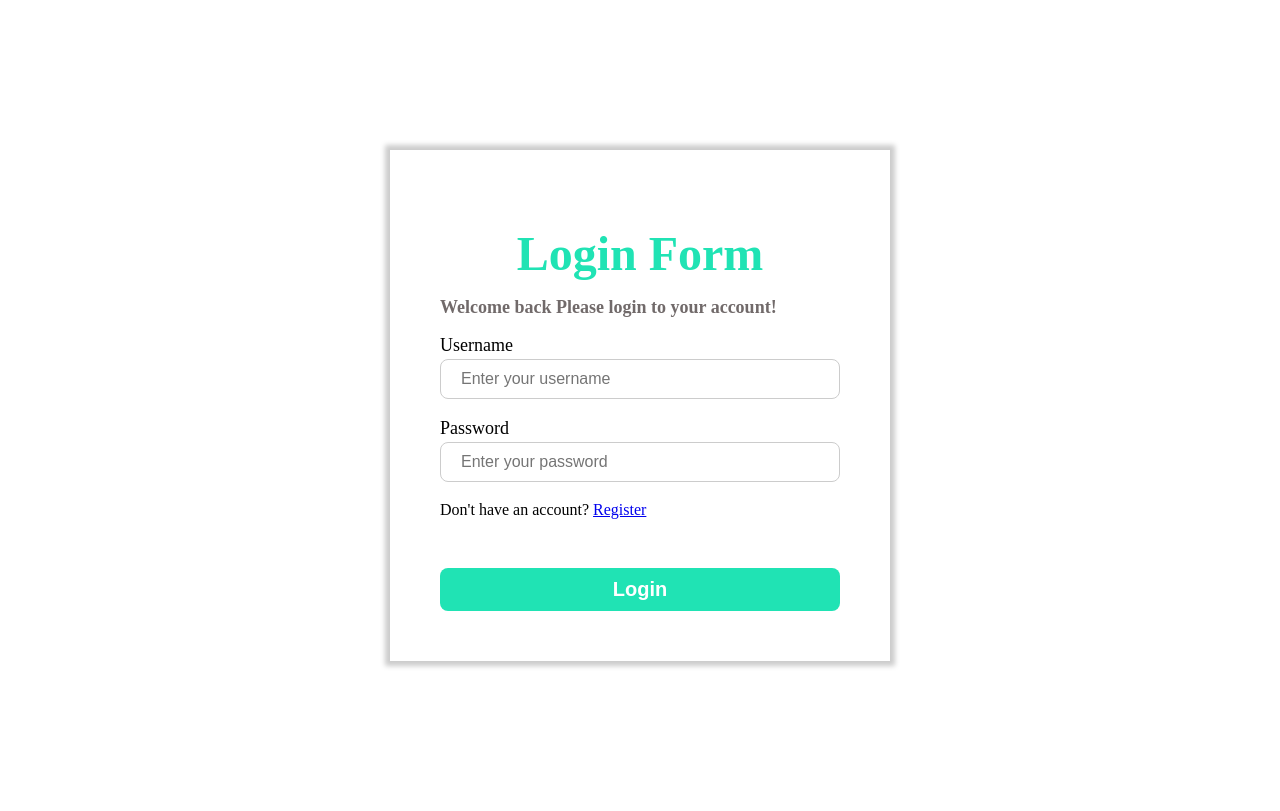
Repository: Trung0810/btl_cnpm_fe
Page: /
The author's editor kept a copy of each file at every save. The page is drawn from the files as they stood at one save, then again after the next save.
The browser window is 1280 px wide. The pictures show the whole page.
The project was rebuilt for these pictures with package versions that can differ from the ones it lists, and the page was loaded fresh each time. Also part of the build but not shown: src/components/header/header.css, src/components/header/Header.js, src/components/footer/Footer.css, src/components/footer/Footer.js, src/components/shoes_list/ShoesCard.css, src/components/shoes_list/ShoesCard.js, src/components/shoes_list/ShoesList.css, src/components/shoes_list/ShoesList.js and 14 more.

Above is the page before, as saved 2026-03-31 09:43:10.

After the next save:
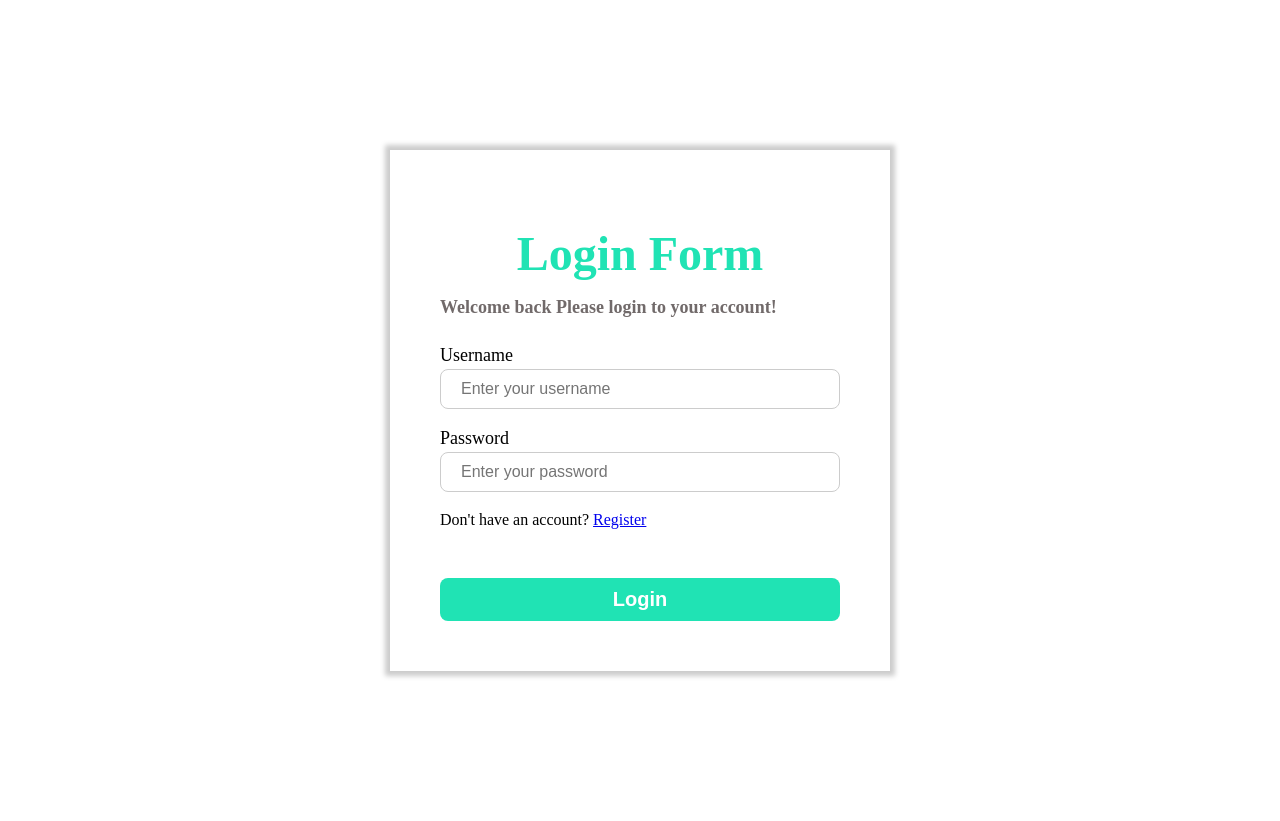
Saved 17 s later.
--- a/src/components/login_form/LoginForm.css
+++ b/src/components/login_form/LoginForm.css
@@ -16,7 +16,7 @@
   font-weight: bold;
   color: #716a6a;
   text-align: left;
-  margin-bottom: 20px;
+  margin-bottom: 30px;
 }
 .login-form-wrapper {
   display: flex;
